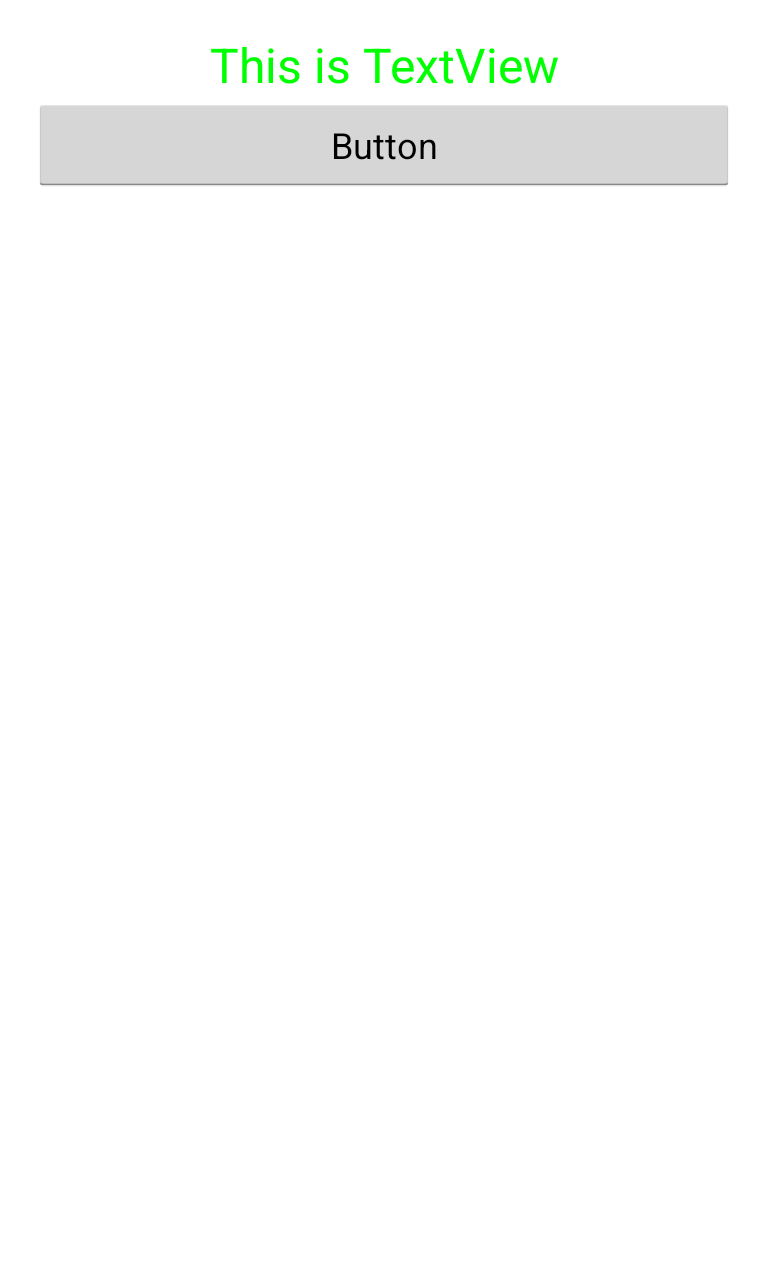
Repository: jinpp/Android
Layout: UIWidgetTest/res/layout/activity_main.xml
These files come from the project's save history. The layout is drawn as it stood at one moment and after a run of saves; the edit follows.
It is drawn on a 768 x 1280 px phone screen (xhdpi) without system bars, with theme AppTheme; the app's code is not run.

Above is the layout before, as saved 2016-11-15 07:46:14.

After the next 2 saves:
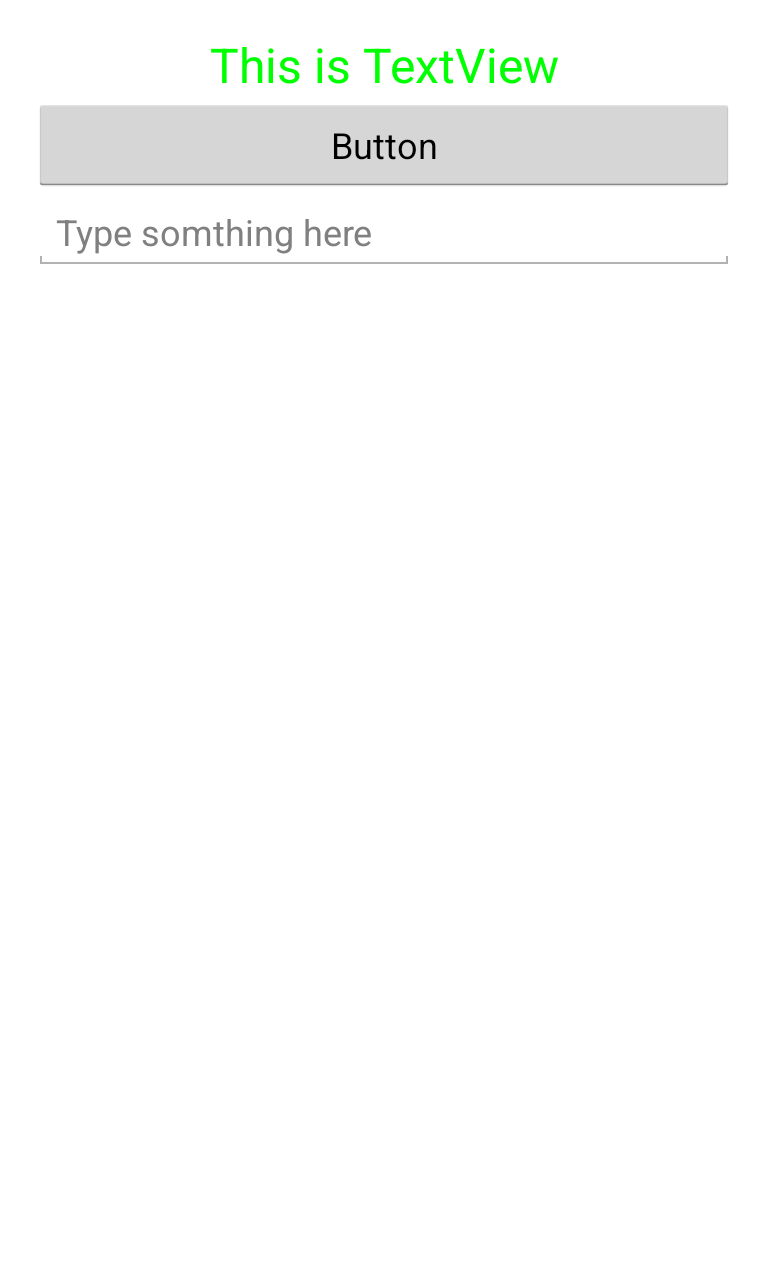
The 2 saves are shown as one change because they came seconds apart.
The last was saved 15 min 24 s later.
--- a/UIWidgetTest/res/layout/activity_main.xml
+++ b/UIWidgetTest/res/layout/activity_main.xml
@@ -18,11 +18,17 @@
         android:textColor="#00ff00"
         android:textSize="24sp" />
 
-    <Button android:id="@+id/button1"
-          android:layout_width="match_parent"
-          android:layout_height="wrap_content"
-          android:text="Button"
-        />
+    <Button
+        android:id="@+id/button1"
+        android:layout_width="match_parent"
+        android:layout_height="wrap_content"
+        android:text="Button" />
 
+    <EditText
+        android:id="@+id/edittext"
+        android:layout_width="match_parent"
+        android:layout_height="wrap_content"
+        android:hint="Type somthing here"
+        android:maxLines="2" />
 
 </LinearLayout>
